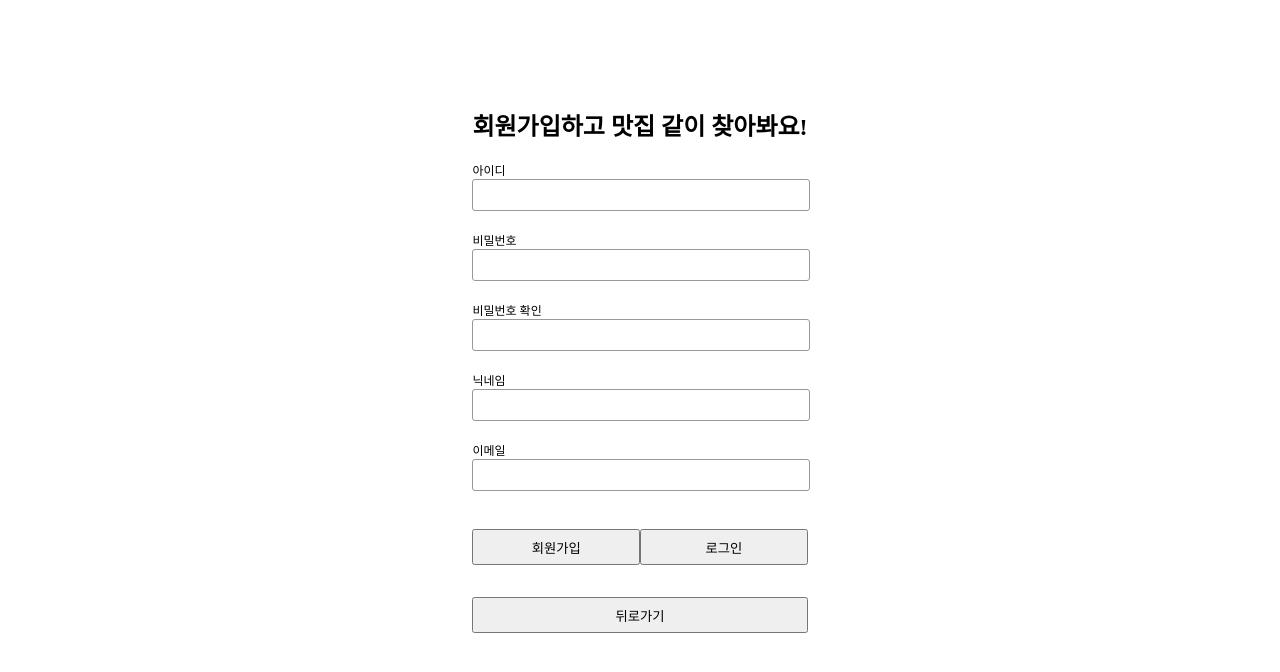
Repository: zzangyu/koreanFoodsProject
Page: http://localhost/koreanFoodsProject/koreanFoods/signUp.jsp
The author's editor kept a copy of each file at every save. The page is drawn from the files as they stood at one save, then again after the next save.
The browser window is 1280 px wide. The pictures show the whole page.
The page is served by Tomcat 9. Other server files are loaded and not shown.

Above is the page before, as saved 2022-12-29 07:46:26.

### koreanFoodsProject/src/main/webapp/koreanFoods/signUp.jsp
<%@ page language="java" contentType="text/html; charset=UTF-8"
    pageEncoding="UTF-8"%>
<!DOCTYPE html>
<html>
<head>
<meta charset="UTF-8">
<link type="text/css" rel="stylesheet" href="css/kFoods.css">
<title>Sign Up</title>
</head>
<body>
	<form action="" id="signUp">
		<div id="signUp_Wrap">
			<h2>회원가입하고 맛집 같이 찾아봐요!</h2>
			<div>
				<label class="signUp_textSize">아이디</label>
				<div>
					<input type="text" name="kf_id" class="signUp_input">
					<div class="signUp_check_textSize" id="signUp_idCheck"></div>
				</div>
			</div>
			<div>
				<label class="signUp_textSize">비밀번호</label>
				<div>
					<input type="password" name="kf_password" class="signUp_input">
					<div class="signUp_check_textSize" id="signUp_idCheck"></div>
				</div>
			</div>
			<div>
				<label class="signUp_textSize">비밀번호 확인</label>
				<div>
					<input type="password" name="kf_passwordCheck" class="signUp_input">
					<div class="signUp_check_textSize" id="signUp_idCheck"></div>
				</div>
			</div>
			<div>
				<label class="signUp_textSize">닉네임</label>
				<div>
					<input type="text" name="kf_nickname" class="signUp_input">
					<div class="signUp_check_textSize" id="signUp_nickCheck"></div>
				</div>
			</div>
			<div>
				<label class="signUp_textSize">이메일</label>
				<div>
					<input type="text" name="kf_email" class="signUp_input">
					<div class="signUp_check_textSize" id="signUp_emailCheck"></div>
				</div>
			</div>
			<button class="signUp_button1">회원가입</button><button class="signUp_button1">로그인</button>
			<button onclick="history.go(-1); return false;" class="signUp_button2">뒤로가기</button>
		</div>
	</form>
</body>
</html>

### koreanFoodsProject/src/main/webapp/koreanFoods/css/kFoods.css
@charset "UTF-8";
html, body {
	margin: 0;
	padding: 0;
	width: 100%;
	height: 100%;
}
a {
	text-decoration: none;
}
#loginButton {
	background-color: yellow;
}
#loginButton a {
	color: red;
}
#signUp {
	width: 100%;
	height: 100%;
	display: flex;
	justify-content: center;
	align-items: center;
}
.signUp_textSize {
	font-size: 12px;
}
.signUp_check_textSize {
	font-size: 10px;
	color: #999;
}
#signUp_Wrap h2 {
	text-align: center;
}
#signUp_Wrap > div {
	width: 100%;
	height: 70px;
}
.signUp_input {
	margin: 0;
    padding: 0 1%;
    width: 98%;
    height: 30px;
    border: 1px solid #999;
    border-radius: 3px;
}
.signUp_button1 {
	width: 50%;
	height: 36px;
	margin-top: 18px;
}
.signUp_button2 {
	width: 100%;
	height: 36px;
	margin-top: 32px;
}

After the next save:
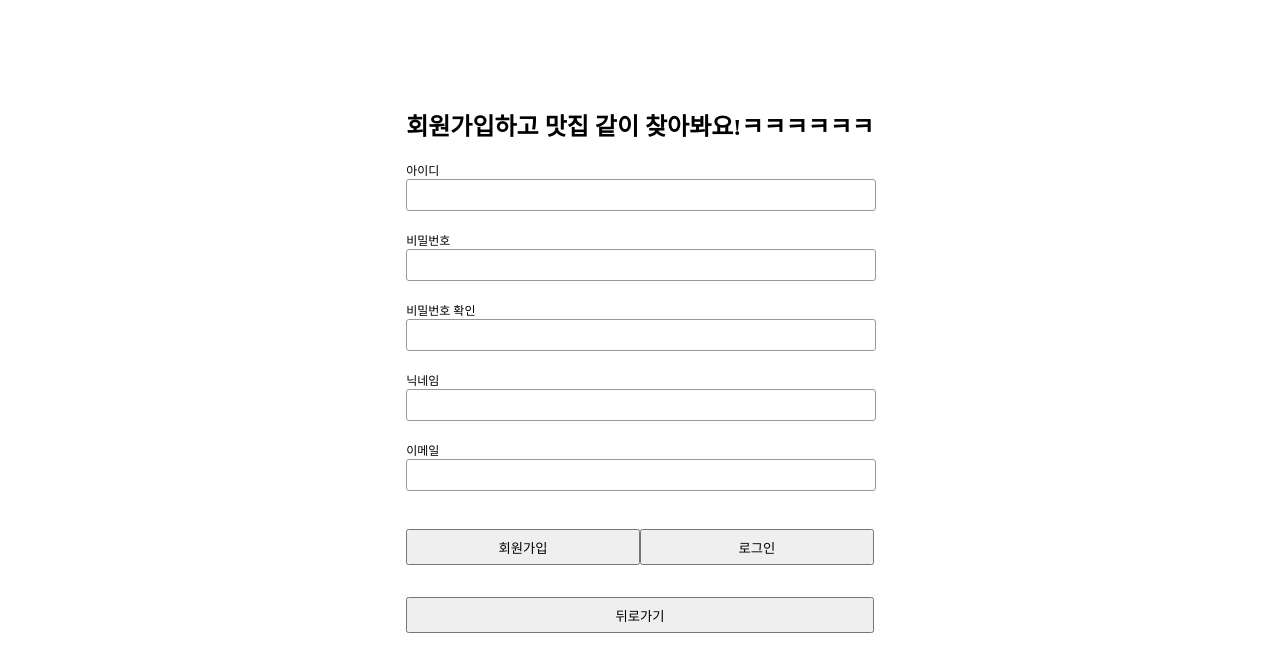
Saved 6 s later.
--- a/koreanFoodsProject/src/main/webapp/koreanFoods/signUp.jsp
+++ b/koreanFoodsProject/src/main/webapp/koreanFoods/signUp.jsp
@@ -10,7 +10,7 @@
 <body>
 	<form action="" id="signUp">
 		<div id="signUp_Wrap">
-			<h2>회원가입하고 맛집 같이 찾아봐요!</h2>
+			<h2>회원가입하고 맛집 같이 찾아봐요!ㅋㅋㅋㅋㅋㅋ</h2>
 			<div>
 				<label class="signUp_textSize">아이디</label>
 				<div>
